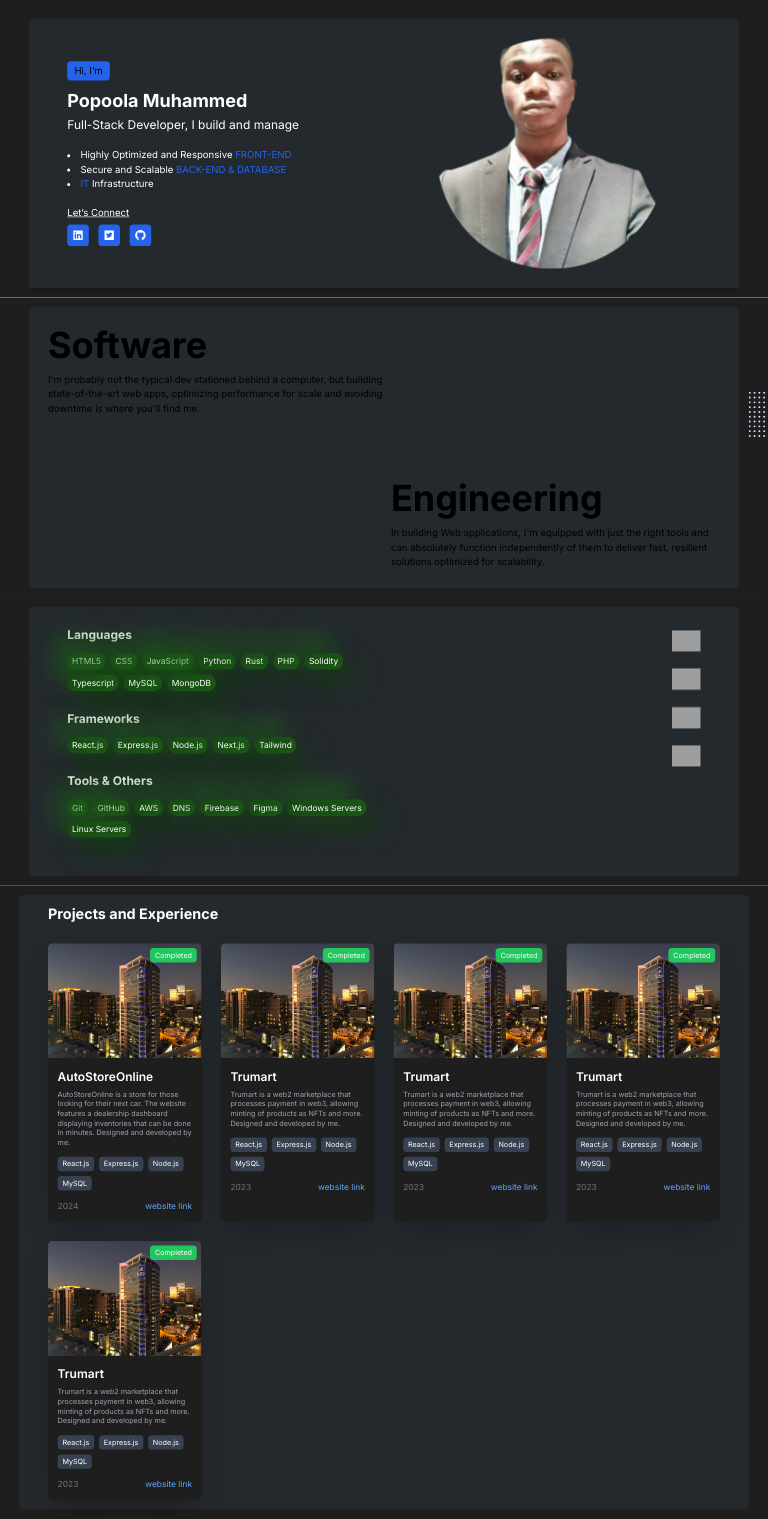
Repository: muhammedctgr/hammedctgr
Page: /
These files come from the project's save history. The page is drawn as it stood at one moment and after the next save; the edit follows.
The browser window is 1280 px wide. The pictures show the whole page, at 60% of full size.
Pictures or frames that could not be fetched are drawn as grey boxes. The project was rebuilt for these pictures with package versions that can differ from the ones it lists, and the page was loaded fresh each time. The framework's server and built-in components were replaced by stand-ins that run in the browser. Also part of the build but not shown: next.config.mjs.

Above is the page before, as saved 2024-08-06 20:11:27.

### app/layout.tsx
import type { Metadata } from "next";
import { Inter } from "next/font/google";
import "./globals.css";

const inter = Inter({ subsets: ["latin"] });

export const metadata: Metadata = {
  title: "Popoola Muhammed",
  description: "Generated by create next app",
};

export default function RootLayout({
  children,
}: Readonly<{
  children: React.ReactNode;
}>) {
  return (
    <html lang="en">
      <body className={inter.className}>{children}</body>
    </html>
  );
}

### app/page.tsx
import Head from 'next/head';
import Hero from '../components/Hero';
import SkillsSection from '@/components/SkillsSection';
import SummarySection from '@/components/SummarySection';
import ProjectsSection from '@/components/ProjectsSection';


const Home = () => (
  <div>
    <Head>
      <title>Popoola Muhammed</title>
      <meta name="description" content="Welcome to my developer portfolio" />
    </Head>

    <Hero />
    <SummarySection />
    <SkillsSection />
    <ProjectsSection />
  </div>
);

export default Home;

### app/globals.css
@tailwind base;
@tailwind components;
@tailwind utilities;

:root {
  --foreground-rgb: 0, 0, 0;
  --background-start-rgb: 214, 219, 220;
  --background-end-rgb: 255, 255, 255;
}

@media (prefers-color-scheme: dark) {
  :root {
    --foreground-rgb: 255, 255, 255;
    --background-start-rgb: 0, 0, 0;
    --background-end-rgb: 0, 0, 0;
  }
}

body {
  color: rgb(var(--foreground-rgb));
  background: linear-gradient(
      to bottom,
      transparent,
      rgb(var(--background-end-rgb))
    )
    rgb(var(--background-start-rgb));
}

@layer utilities {
  .text-balance {
    text-wrap: balance;
  }
}


@keyframes upDown {
  0%, 100% {
    transform: translateY(0);
  }
  50% {
    transform: translateY(-10px); /* Adjust the value as needed */
  }
}

.animate-upDown {
  animation: upDown 2s infinite ease-in-out; /* Adjust duration as needed */
}

.neumorph {
  border-radius: 50px;
  background: linear-gradient(145deg, #174913, #1b5716);
  box-shadow:  21px 21px 42px #133e10,
             -21px -21px 42px #1f641a;
}

### components/Hero.tsx
import Image from 'next/image';
import profilePic from '../public/profile.png';
import { AiFillLinkedin, AiFillGithub, AiFillTwitterSquare, AiFillX } from 'react-icons/ai';

const Hero = () => {
  return (
    <section className="bg-gptGray px-4 py-4 md:pt-8 md:px-8 lg:px-12 text-white flex items-center">
  <div className="container bg-githubGray shadow-lg rounded-md mx-auto flex flex-col md:flex-row items-center md:px-8">
    <div className="flex-1 text-left p-4 md:p-8">
      <div className="inline-block bg-blue-600 text-black py-1 px-3 mb-4 rounded-md">
        Hi, I’m
      </div>
      <div className="mb-6">
        <h1 className="text-xl md:text-3xl font-bold">Popoola Muhammed</h1>
        <p className="mt-2 text-lg md:text-xl">Full-Stack Developer, I build and manage</p>
      </div>
      <ul className="mt-4 list-disc list-inside">
        <li>Highly Optimized and Responsive <span className="text-blue-600">FRONT-END</span></li>
        <li>Secure and Scalable <span className="text-blue-600">BACK-END & DATABASE</span></li>
        <li><span className="text-blue-600">IT</span> Infrastructure</li>
      </ul>
      <div className="mt-6">
        <a href="#contact" className="underline">Let’s Connect</a>
        <div className="mt-2 flex justify-start space-x-4">
          <a href="#" className="bg-blue-600 p-2 rounded-md">
            <AiFillLinkedin size={20} />
          </a>
          <a href="#" className="bg-blue-600 p-2 rounded-md">
            <AiFillTwitterSquare size={20} />
          </a>
          <a href="#" className="bg-blue-600 p-2 rounded-md">
            <AiFillGithub size={20} />
          </a>
        </div>
      </div>
    </div>
    <div className="flex-1 p-4 md:p-8">
      <div className="relative w-40 h-40 md:w-72 md:h-72 lg:w-96 lg:h-96 mx-auto">
        <Image src={profilePic} alt="Popoola Muhammed" layout="fill" className="rounded-full object-cover animate-upDown" />
      </div>
    </div>
  </div>
</section>
  );
};

export default Hero;

### components/SkillsSection.tsx
import Image from 'next/image';
import { FC } from 'react';

interface SkillCategory {
  title: string;
  skills: { name: string; color: string; }[];
}

const skills: SkillCategory[] = [
  {
    title: "Languages",
    skills: [
      { name: "HTML5", color: "bg-black" },
      { name: "CSS", color: "bg-black"},
      { name: "JavaScript", color: "bg-yellow-500" },
      { name: "Python", color: "bg-green-500" },
      { name: "Rust", color: "bg-orange-600" },
      { name: "PHP", color: "bg-purple-500" },
      { name: "Solidity", color: "bg-black-500" },
      { name: "Typescript", color: "bg-blue-700" },
      { name: "MySQL", color: "bg-orange-400" },
      { name: "MongoDB", color: "bg-green-600" },
    ],
  },
  {
    title: "Frameworks",
    skills: [
      { name: "React.js", color: "bg-blue-400" },
      { name: "Express.js", color: "bg-green-500" },
      { name: "Node.js", color: "bg-green-700" },
      { name: "Next.js", color: "bg-purple-700" },
      { name: "Tailwind", color: "bg-purple-500" },
    ],
  },
  {
    title: "Tools & Others",
    skills: [
      { name: "Git", color: "bg-orange-500" },
      { name: "GitHub", color: "bg-purple-800" },
      { name: "AWS", color: "bg-yellow-600" },
      { name: "DNS", color: "bg-gray-400" },
      { name: "Firebase", color: "bg-yellow-500" },
      { name: "Figma", color: "bg-pink-600" },
      { name: "Windows Servers", color: "bg-blue-700" },
      { name: "Linux Servers", color: "bg-black" },
    ],
  },
];

const icons = [
  "/icons/html5.svg", // Replace with your icon paths
  "/icons/css3.svg",
  "/icons/javascript.svg",
  "/icons/python.svg",
  // Add the rest of the icons as needed
];

const SkillsSection: FC = () => {
  return (
    <section className="px-4 py-4 md:px-8 lg:px-12 bg-gptGray text-white">
  <div className="container bg-githubGray rounded-md mx-auto flex flex-col md:flex-row items-start md:px-8">
    <div className="flex-1 p-4 md:p-8">
      {skills.map((category) => (
        <div key={category.title} className="mb-8">
          <h2 className="text-lg md:text-xl font-bold mb-4">{category.title}</h2>
          <div className="flex flex-wrap gap-2">
            {category.skills.map((skill) => (
              <span
                key={skill.name}
                className={`px-2 py-1 rounded-md text-sm neumorph`}
              >
                {skill.name}
              </span>
            ))}
          </div>
        </div>
      ))}
    </div>
    <div className="flex-1 flex flex-col items-center md:items-end">
      <div className="grid grid-cols-3 md:grid-cols-1 gap-4 p-4 md:p-8">
        {icons.map((src, index) => (
          <div key={index} className="w-10 h-10 md:w-12 md:h-12 relative">
            <Image src={src} alt={`icon-${index}`} layout="fill" objectFit="contain" />
          </div>
        ))}
      </div>
    </div>
  </div>
</section>
  );
};

export default SkillsSection;

### components/SummarySection.tsx
import { FC } from 'react';

const SummarySection: FC = () => {
  return (
<section className="px-4 py-4 md:px-8 lg:px-12 bg-gptGray relative overflow-hidden">
  <div className="container bg-githubGray mx-auto flex rounded-md flex-col md:flex-row justify-between items-start md:px-8 p-4 md:p-8">
    <div className=" mb-8 md:mb-8">
      <div className="mb-4">
        <span className="text-4xl md:text-6xl font-bold">Software</span>
      </div>
      <p className="text-sm md:text-base">
        I'm probably not the typical dev stationed behind a computer, but building state-of-the-art web apps, optimizing performance for scale and avoiding downtime is where you'll find me.
      </p>
    </div>
    <div className=" md:mt-64">
      <div className="mb-4">
        <span className="text-4xl md:text-6xl font-bold">Engineering</span>
      </div>
      <p className="text-sm md:text-base">
        In building Web applications, I'm equipped with just the right tools and can absolutely function independently of them to deliver fast, resilient solutions optimized for scalability.
      </p>
    </div>
  </div>

  {/* Decorative Elements */}
  <div className="absolute top-1/4 right-0 transform translate-x-4 translate-y-4 md:translate-x-12 md:translate-y-8">
    <svg className="fill-current text-purple-200" width="80" height="80" viewBox="0 0 100 100">
      {/* SVG circles */}
      {[...Array(10)].map((_, row) => (
        <g key={row} transform={`translate(0, ${row * 10})`}>
          {[...Array(10)].map((_, col) => (
            <circle key={col} cx={col * 10 + 2} cy="2" r="2" />
          ))}
        </g>
      ))}
    </svg>
  </div>
</section>
  );
};

export default SummarySection;

### components/ProjectsSection.tsx
import { FC } from 'react';

interface Project {
  title: string;
  description: string;
  technologies: string[];
  date: string;
  status: string;
  image: string;
  link: string;
}

const projects: Project[] = [
  {
    title: "AutoStoreOnline",
    description: "AutoStoreOnline is a store for those looking for their next car. The website features a dealership dashboard displaying inventories that can be done in minutes. Designed and developed by me.",
    technologies: ["React.js", "Express.js", "Node.js", "MySQL"],
    date: "2024",
    status: "Completed",
    image: "pic1.jpg",
    link: "https://example.com",
  },
  {
    title: "Trumart",
    description: "Trumart is a web2 marketplace that processes payment in web3, allowing minting of products as NFTs and more. Designed and developed by me.",
    technologies: ["React.js", "Express.js", "Node.js", "MySQL"],
    date: "2023",
    status: "Completed",
    image: "pic1.jpg",
    link: "https://example.com",
  },
  {
    title: "Trumart",
    description: "Trumart is a web2 marketplace that processes payment in web3, allowing minting of products as NFTs and more. Designed and developed by me.",
    technologies: ["React.js", "Express.js", "Node.js", "MySQL"],
    date: "2023",
    status: "Completed",
    image: "pic1.jpg",
    link: "https://example.com",
  },
  {
    title: "Trumart",
    description: "Trumart is a web2 marketplace that processes payment in web3, allowing minting of products as NFTs and more. Designed and developed by me.",
    technologies: ["React.js", "Express.js", "Node.js", "MySQL"],
    date: "2023",
    status: "Completed",
    image: "pic1.jpg",
    link: "https://example.com",
  },
  {
    title: "Trumart",
    description: "Trumart is a web2 marketplace that processes payment in web3, allowing minting of products as NFTs and more. Designed and developed by me.",
    technologies: ["React.js", "Express.js", "Node.js", "MySQL"],
    date: "2023",
    status: "Completed",
    image: "pic1.jpg",
    link: "https://example.com",
  },
  // Add more projects as needed...
];

const ProjectsSection: FC = () => {
  return (
    <section className="bg-gptGray md:px-8 px-4 py-4">
      <div className="container bg-githubGray rounded-md mx-auto md:px-8 ">
        <h2 className="text-2xl font-bold text-white p-4">Projects and Experience</h2>
        <div className="grid grid-cols-1 sm:grid-cols-3 lg:grid-cols-4 gap-8 p-4">
          {projects.map((project, index) => (
            <div key={index} className="bg-gptGray rounded-lg overflow-hidden shadow-2xl">
              <div className="relative w-full h-48">
                <img src={project.image} alt={project.title} className="w-full h-full object-cover" />
                <span className="absolute top-2 right-2 bg-green-500 text-xs text-white px-2 py-1 rounded-md">{project.status}</span>
              </div>
              <div className="p-4">
                <h3 className="text-xl font-semibold text-white mb-2">{project.title}</h3>
                <p className="text-gray-400 text-xs mb-4">{project.description}</p>
                <div className="flex flex-wrap gap-2 mb-4">
                  {project.technologies.map((tech, i) => (
                    <span key={i} className="bg-gray-700 text-white text-xs px-2 py-1 rounded-md shadow-2xl">{tech}</span>
                  ))}
                </div>
                <div className="flex justify-between items-center">
                  <span className="text-gray-500 text-sm">{project.date}</span>
                  <a href={project.link} target="_blank" rel="noopener noreferrer" className="text-blue-400 hover:underline text-sm">website link</a>
                </div>
              </div>
            </div>
          ))}
        </div>
      </div>
    </section>
  );
};

export default ProjectsSection;

### tailwind.config.ts
import type { Config } from "tailwindcss";

const config: Config = {
  content: [
    "./pages/**/*.{js,ts,jsx,tsx,mdx}",
    "./components/**/*.{js,ts,jsx,tsx,mdx}",
    "./app/**/*.{js,ts,jsx,tsx,mdx}",
  ],
  theme: {
    extend: {
      backgroundImage: {
        "gradient-radial": "radial-gradient(var(--tw-gradient-stops))",
        "gradient-conic":
          "conic-gradient(from 180deg at 50% 50%, var(--tw-gradient-stops))",
      },
      colors: {
        githubGray: '#24292e',
        gptGray: '#1e1e1e' // Define the exact color
      },
    },
  },
  plugins: [],
};
export default config;

After the next save:
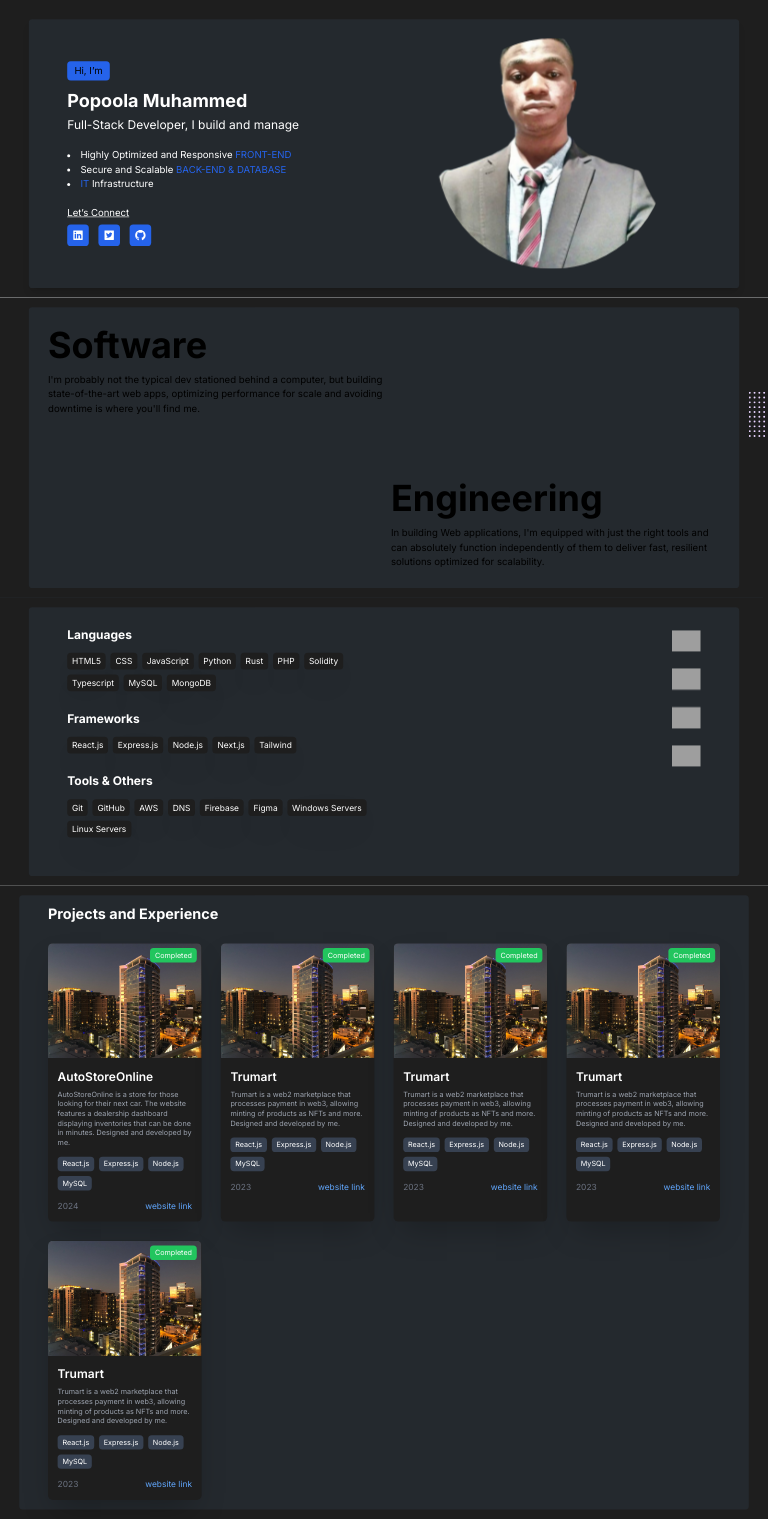
Saved 84 s later.
--- a/components/SkillsSection.tsx
+++ b/components/SkillsSection.tsx
@@ -67,7 +67,7 @@ const SkillsSection: FC = () => {
             {category.skills.map((skill) => (
               <span
                 key={skill.name}
-                className={`px-2 py-1 rounded-md text-sm neumorph`}
+                className={`px-2 py-1 rounded-md text-sm bg-gptGray shadow-2xl`}
               >
                 {skill.name}
               </span>
